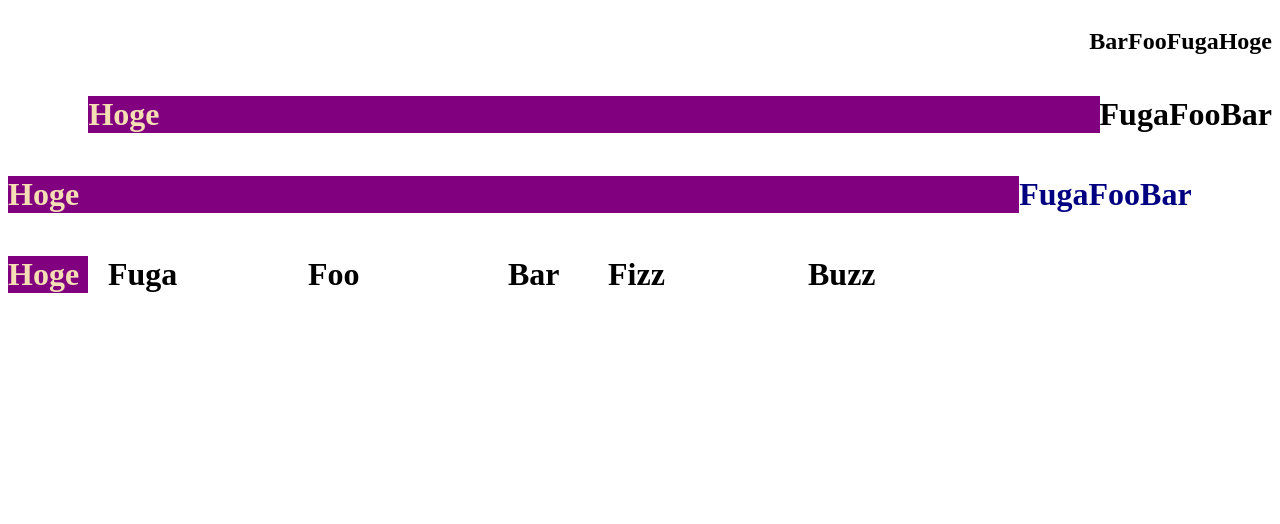
Repository: oubuzenmei/samurai_HTML-CSS
Page: index/images/hoge.html
The author's editor kept a record of every edit. The page is drawn from the files as they stood at one moment, then again after the next edit.
The browser window is 1280 px wide. The pictures show the whole page.

Above is the page before.

After the next edit:
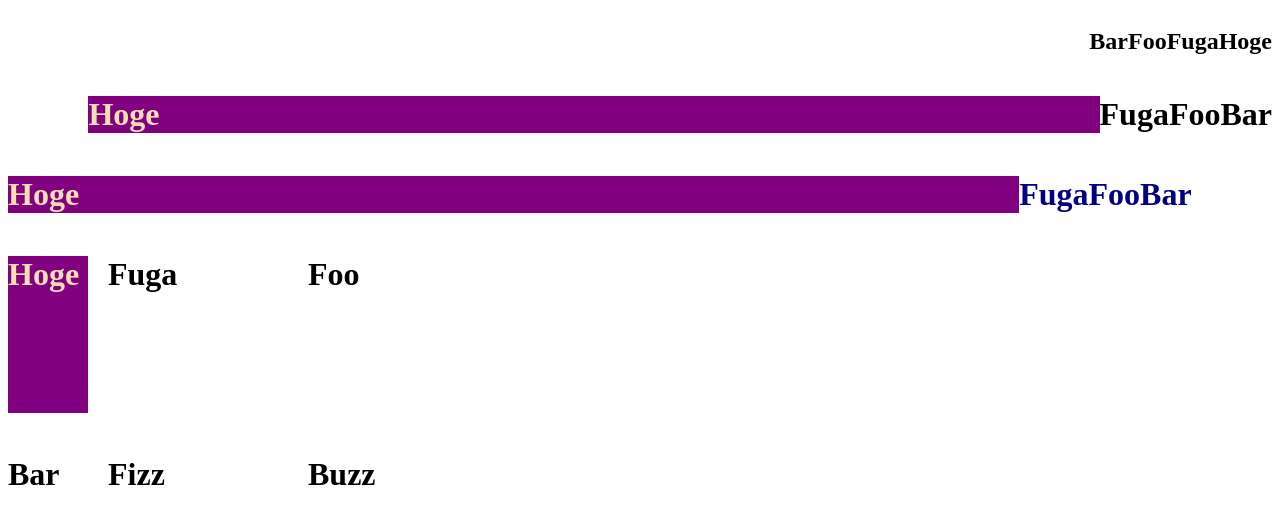
The edit:
--- a/index/images/hoge.html
+++ b/index/images/hoge.html
@@ -26,7 +26,8 @@
 
             #grid {
                 display: grid;
-                grid-template-columns: 100px 200px 200px 100px 200px 100px;
+                grid-template-columns: 100px 200px 200px;
+                grid-template-rows: 200px 200px;
             }
         </style>
     </head>
